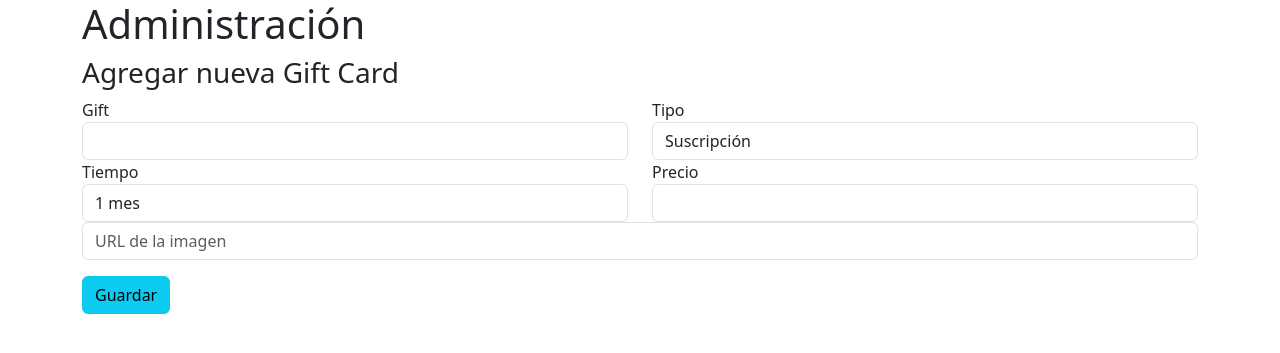
Repository: pedro-donoso/vanilla-js
Page: index.html
An editor plug-in stored every save of this project. The page is shown before and after the next save, followed by the edit.
The browser window is 1280 px wide. The pictures show the whole page.

Above is the page before, as saved 2024-01-31 13:42:01.
Console error: SyntaxError: Unexpected identifier 'assert'

### index.html
<!doctype html>
<html lang="es">

<head>
    <meta charset="utf-8">
    <meta name="viewport" content="width=device-width, initial-scale=1">
    <title>CRUD JavaScript</title>
    <link href="https://cdn.jsdelivr.net/npm/bootstrap@5.3.2/dist/css/bootstrap.min.css" rel="stylesheet"
        integrity="sha384-T3c6CoIi6uLrA9TneNEoa7RxnatzjcDSCmG1MXxSR1GAsXEV/Dwwykc2MPK8M2HN" crossorigin="anonymous">
</head>

<body>

    <div class="container">
        <div class="row">
            <div class="col">
                <h1>Administración</h1>
            </div>
        </div>
        <div class="row">
            <div class="col">
                <h3>Agregar nueva Gift Card</h3>
                <form>
                    <div class="row">
                        <div class="col">
                            <label>Gift</label>
                            <input type="text" class="form-control" id="gift" required>
                        </div>
                        <div class="col">
                            <label>Tipo</label>
                            <select id="tipo" class="form-control">
                                <option value="suscripcion">Suscripción</option>
                                <option value="compra">Compra</option>
                            </select>
                        </div>
                    </div>
                    <div class="row">
                        <div class="col">
                            <label>Tiempo</label>
                            <select id="tiempo" class="form-control">
                                <option value="1 mes">1 mes</option>
                                <option value="3 meses">3 meses</option>
                                <option value="6 meses">1 meses</option>
                            </select>
                        </div>
                        <div class="col">
                            <label>Precio</label>
                            <input type="number" class="form-control" id="precio" required>
                        </div>
                    </div>
                    <div class="row">
                        <div class="col">
                            <input type="text" class="form-control" required placeholder="URL de la imagen" id="imagen">
                        </div>
                    </div>
                    <div class="mt-3 d-flex justify-content -end">
                        <button class="btn btn-info">Guardar</button>
                    </div>
                </form>
            </div>
        </div>
    </div>


    <script src="https://cdn.jsdelivr.net/npm/bootstrap@5.3.2/dist/js/bootstrap.bundle.min.js"
        integrity="sha384-C6RzsynM9kWDrMNeT87bh95OGNyZPhcTNXj1NW7RuBCsyN/o0jlpcV8Qyq46cDfL"
        crossorigin="anonymous"></script>

        <script src="./js/app.js" type="module"></script>

</body>

</html>

### js/app.js
import datos from '../data/data.json' assert{type:"json"};
import {Gift} from './clases'

After the next save:
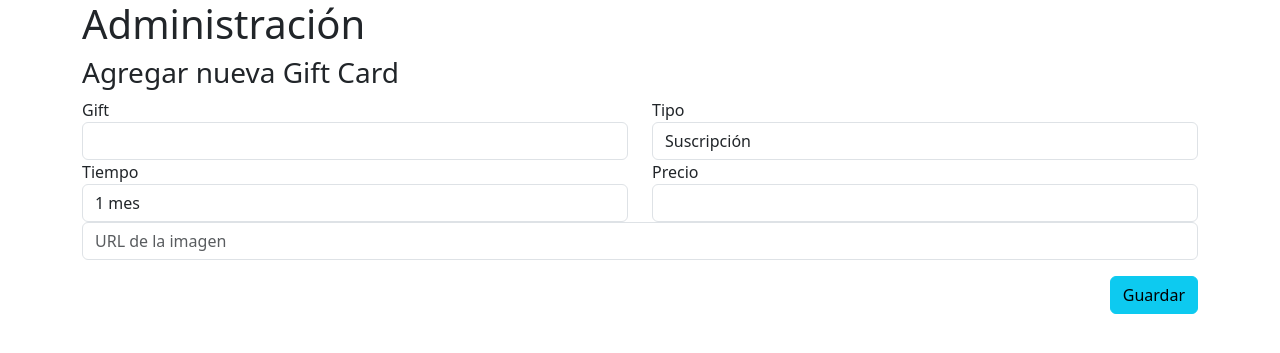
Saved 14 s later.
--- a/index.html
+++ b/index.html
@@ -53,7 +53,7 @@
                             <input type="text" class="form-control" required placeholder="URL de la imagen" id="imagen">
                         </div>
                     </div>
-                    <div class="mt-3 d-flex justify-content -end">
+                    <div class="mt-3 d-flex justify-content-end">
                         <button class="btn btn-info">Guardar</button>
                     </div>
                 </form>
